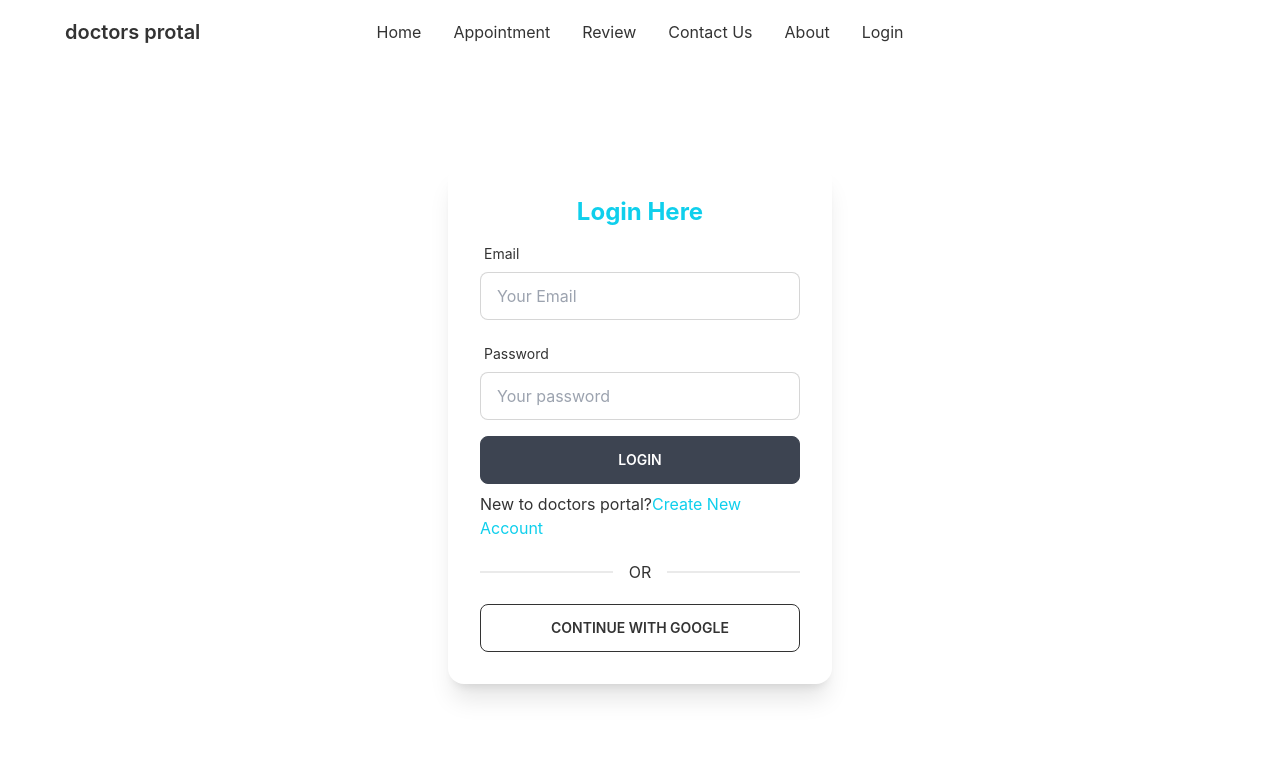
Repository: mdrubel02/doctor-protal
Page: /appointment
The author's editor kept a copy of each file at every save. The page is drawn from the files as they stood at one save, then again after the next save.
The browser window is 1280 px wide. The pictures show the whole page.
The project was rebuilt for these pictures with package versions that can differ from the ones it lists, and the page was loaded fresh each time. Also part of the build but not shown: src/App.css, src/Pages/About/About.js, src/Pages/Shared/Footer/Footer.js, src/Pages/Appointment/AppointmentBanner.js, src/Pages/Appointment/BookingModal.js, src/Pages/Appointment/Service.js, src/Pages/Appointment/AvailableAppointment.js, src/Pages/Appointment/Appointment.js and 6 more. Imported but missing from the stored project, and not drawn on this page: src/Pages/Contact/Contact.

Above is the page before, as saved 2022-05-16 13:46:07.

### src/index.js
import React from 'react';
import ReactDOM from 'react-dom/client';
import './index.css';
import App from './App';
import reportWebVitals from './reportWebVitals';
import { BrowserRouter } from 'react-router-dom';
import {
  QueryClient,
  QueryClientProvider,
} from 'react-query'


const queryClient = new QueryClient()

const root = ReactDOM.createRoot(document.getElementById('root'));
root.render(
  <React.StrictMode>
    <QueryClientProvider client={queryClient}>
      <BrowserRouter>
        <App />
      </BrowserRouter>
    </QueryClientProvider>
  </React.StrictMode>
);

// If you want to start measuring performance in your app, pass a function
// to log results (for example: reportWebVitals(console.log))
// or send to an analytics endpoint. Learn more: https://bit.ly/CRA-vitals
reportWebVitals();

### src/App.js

import { Route, Routes } from 'react-router-dom';
import './App.css';
import About from './Pages/About/About';
import Appointment from './Pages/Appointment/Appointment';
import Contact from './Pages/Contact/Contact';
import Home from './Pages/Home/Home';
import Login from './Pages/Login/Login';
import SignUp from './Pages/Login/SignUp';
import Review from './Pages/Review/Review';
import Navbar from './Pages/Shared/Navbar';
import RequireAuth from './Pages/Shared/RequireAuth/RequireAuth';
import { ToastContainer } from 'react-toastify';
import 'react-toastify/dist/ReactToastify.css';
import Dashboard from './Pages/Dashboard/Dashboard';
import MyAppointments from './Pages/Dashboard/MyAppointments';
import MyReview from './Pages/Dashboard/MyReview';

function App() {
  return (
    <div className='max-w-1xl mx-auto px-10 ' >
      <Navbar></Navbar>
      <Routes>
        <Route path='/' element={<Home />} />
        <Route path='/about' element={<About />} />
        <Route path='/appointment' element={
          <RequireAuth>
            <Appointment />
          </RequireAuth>
        } />
        <Route path='/dashboard' element={
          <RequireAuth>
            <Dashboard />
          </RequireAuth>
        } >
          <Route index element={<MyAppointments></MyAppointments>}></Route>
          <Route path='review' element={<MyReview></MyReview>}></Route>
        </Route>
        <Route path='/review' element={<Review />} />
        <Route path='/contact' element={<Contact />} />
        <Route path='/login' element={<Login />} />
        <Route path='/signup' element={<SignUp />} />

      </Routes>
      <ToastContainer />
    </div>
  );
}

export default App;

### src/Pages/Login/Login.js
import React, { useEffect } from 'react';
import { useSignInWithEmailAndPassword, useSignInWithGoogle } from 'react-firebase-hooks/auth';
import { auth } from '../../firebase.init'
import { useForm } from "react-hook-form";
import Loading from '../Shared/Loading';
import { Link, useLocation, useNavigate } from 'react-router-dom';

const Login = () => {
    const [signInWithGoogle, gUser, gLoading, gError] = useSignInWithGoogle(auth);
    const { register, formState: { errors }, handleSubmit } = useForm();
    const [
        signInWithEmailAndPassword,
        user,
        loading,
        error,
    ] = useSignInWithEmailAndPassword(auth);
    const navigate = useNavigate();
    const location = useLocation();
    let from = location.state?.from?.pathname || "/";

    useEffect(()=>{
        if (user || gUser) {
            navigate(from, { replace: true });
        }
    },[user, gUser, from ,navigate])

    let signInError;

    if (loading || gLoading) {
        return <Loading></Loading>
    }
    if ( error || gError) {
        signInError = <p className='text-red-500'>{error?.message || gError?.message}</p>
    }

    const onSubmit = data => {
        console.log(data)

        signInWithEmailAndPassword(data.email, data.password)
    };


    return (
        <div className='flex justify-center items-center min-h-screen'>
            <div className="card w-96 bg-base-100 shadow-xl">
                <div className="card-body">
                    <h2 className="text-center text-2xl font-bold text-primary">Login Here</h2>
                    <form onSubmit={handleSubmit(onSubmit)}>

                        <div className="form-control w-full max-w-xs">
                            <label className="label">
                                <span className="label-text">Email</span>

                            </label>
                            <input type="email"
                                placeholder="Your Email"
                                className="input input-bordered w-full max-w-xs"
                                {...register("email", {
                                    required: {
                                        value: true,
                                        message: 'Email is Required'
                                    },
                                    pattern: {
                                        value: /^\w+@[a-zA-Z_]+?\.[a-zA-Z]{2,3}$/,
                                        message: 'Provide a valid email'
                                    }
                                })}
                            />
                            <label className="label">
                                {errors.email?.type === 'required' && <span className="label-text-alt text-red-500">{errors.email.message}</span>}
                                {errors.email?.type === 'pattern' && <span className="label-text-alt text-red-500">{errors.email.message}</span>}

                            </label>
                        </div>
                        <div className="form-control w-full max-w-xs">
                            <label className="label">
                                <span className="label-text">Password</span>

                            </label>
                            <input type="password"
                                placeholder="Your password"
                                className="input input-bordered w-full max-w-xs"
                                {...register("password", {
                                    required: {
                                        value: true,
                                        message: 'Password is Required'
                                    },
                                    minLength: {
                                        value: 6,
                                        message: 'Must be 6 characters or longer password'
                                    }
                                })}
                            />
                            <label className="label">
                                {errors.password?.type === 'required' && <span className="label-text-alt text-red-500">{errors.password.message}</span>}
                                {errors.password?.type === 'minLength' && <span className="label-text-alt text-red-500">{errors.password.message}</span>}

                            </label>
                        </div>


                        {signInError}
                        <input className='btn w-full max-w-xs text-white' type="submit" value='Login' />
                    </form>
                    <p>New to doctors portal?<Link to='/signup' className='text-primary'>Create New Account</Link></p>
                    <div className="divider">OR</div>
                    <button onClick={() => signInWithGoogle()} className="btn btn-outline">Continue With Google</button>

                </div>
            </div>
        </div>
    );
};

export default Login;

### src/Pages/Shared/Navbar.js
import { signOut } from 'firebase/auth';
import React from 'react';
import { useAuthState } from 'react-firebase-hooks/auth';
import { Link } from 'react-router-dom';
import { auth } from '../../firebase.init';
import Loading from './Loading';

const Navbar = () => {
    const [user, loading] = useAuthState(auth);

    const logout = () => {
        signOut(auth);
    };

    if (loading) {
        return <Loading></Loading>
    }


    const menuItems = <>
        <li><Link to='/'>Home</Link></li>
        <li><Link to='/appointment'>Appointment</Link></li>
        <li><Link to='/review'>Review</Link></li>
        <li><Link to='/contact'>Contact Us</Link></li>
        <li><Link to='/about'>About</Link></li>
        {
            user && <li><Link to='/dashboard'>Dashboard</Link></li>
        }
        <li>{user ? <button onClick={logout} className="btn btn-ghost">Sign Out</button> : <Link to='login'>Login</Link>}</li>
    </>
    return (
        <div className="navbar bg-base-100">
            <div className="navbar-start">
                <div className="dropdown">
                    <label tabIndex="0" className="btn btn-ghost lg:hidden">
                        <svg xmlns="http://www.w3.org/2000/svg" className="h-5 w-5" fill="none" viewBox="0 0 24 24" stroke="currentColor"><path stroke-linecap="round" stroke-linejoin="round" stroke-width="2" d="M4 6h16M4 12h8m-8 6h16" /></svg>
                    </label>
                    <ul tabIndex="0" className="menu menu-compact dropdown-content mt-3 p-2 shadow bg-base-100 rounded-box w-52">
                        {menuItems}
                    </ul>
                </div>
                <Link to='/' className="btn btn-ghost normal-case text-xl">doctors protal</Link>
            </div>
            <div className="navbar-center hidden lg:flex">
                <ul className="menu menu-horizontal p-0">
                    {menuItems}
                </ul>
            </div>
            <div className="navbar-end">
            <label tabIndex="1" for="dashboard-sidebar" className="btn btn-ghost lg:hidden">
                        <svg xmlns="http://www.w3.org/2000/svg" className="h-5 w-5" fill="none" viewBox="0 0 24 24" stroke="currentColor"><path stroke-linecap="round" stroke-linejoin="round" stroke-width="2" d="M4 6h16M4 12h8m-8 6h16" /></svg>
                    </label>

            </div>

        </div>
    );
};

export default Navbar;

### src/Pages/Shared/RequireAuth/RequireAuth.js
import React from 'react';
import { useAuthState } from 'react-firebase-hooks/auth';
import { Navigate, useLocation } from 'react-router-dom';
import { auth } from '../../../firebase.init';
import Loading from '../Loading';

const RequireAuth = ({children}) => {
    const [user,loading] = useAuthState(auth)
    const location = useLocation();
    if(loading){
        return <Loading></Loading>
    }
    if(!user){
        return <Navigate to="/login" state={{from:location}} replace></Navigate>
    }
    return children;
};

export default RequireAuth;

### src/firebase.init.js
// Import the functions you need from the SDKs you need
import { initializeApp } from "firebase/app";
import { getAuth} from "firebase/auth"
// TODO: Add SDKs for Firebase products that you want to use
// https://firebase.google.com/docs/web/setup#available-libraries

// Your web app's Firebase configuration
const firebaseConfig = {
  apiKey:process.env.REACT_APP_API_KEY,
  authDomain:process.env.REACT_APP_AUTH_DOMAIN,
  projectId:process.env.REACT_APP_PROJECT_ID,
  storageBucket:process.env.REACT_APP_STORAGE_BUCKET,
  messagingSenderId:process.env.REACT_APP_MESSAGING_SENDER_ID,
  appId: process.env.REACT_APP_APP_ID
};

// Initialize Firebase
const firebaseApp =initializeApp(firebaseConfig)

export const auth = getAuth(firebaseApp)
export default firebaseApp

### src/Pages/Shared/Loading.js
import React from 'react';

const Loading = () => {
    return (
        <div className="flex items-center justify-center h-screen">
            <div className="spinner-border animate-spin inline-block w-16 h-16 border-4  rounded-full" role="status">
                <span className="visually-hidden"></span>
            </div>
        </div>
    );
};

export default Loading;

### tailwind.config.js
module.exports = {
  content: ["./src/**/*.{html,js}"],
  daisyui: {
    themes: [
      {
        mytheme: {
          primary: "#0FCFEC",
          secondary: "#19D3AE",
          accent: "#3A4256",
          neutral: "#3d4451",
          "base-100": "#ffffff",
        },
      },
      "dark",
      "cupcake",
    ],
  },
  plugins: [require("daisyui")],
}

Loaded but not shown: public/index.html (common file); src/index.css (common file); src/reportWebVitals.js (common file)

After the next save:
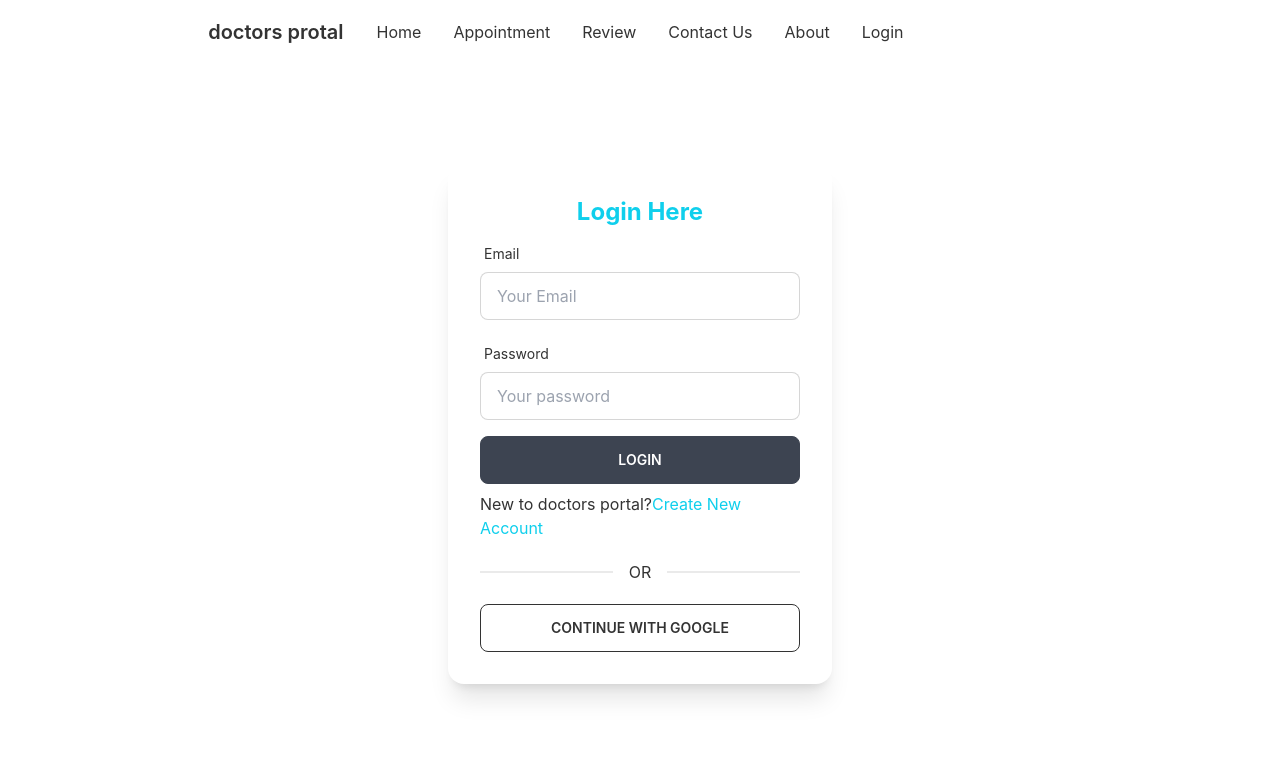
Saved 53 s later.
--- a/src/Pages/Shared/Navbar.js
+++ b/src/Pages/Shared/Navbar.js
@@ -30,7 +30,7 @@
     </>
     return (
         <div className="navbar bg-base-100">
-            <div className="navbar-start">
+            <div className="navbar-end">
                 <div className="dropdown">
                     <label tabIndex="0" className="btn btn-ghost lg:hidden">
                         <svg xmlns="http://www.w3.org/2000/svg" className="h-5 w-5" fill="none" viewBox="0 0 24 24" stroke="currentColor"><path stroke-linecap="round" stroke-linejoin="round" stroke-width="2" d="M4 6h16M4 12h8m-8 6h16" /></svg>

After the save that followed:
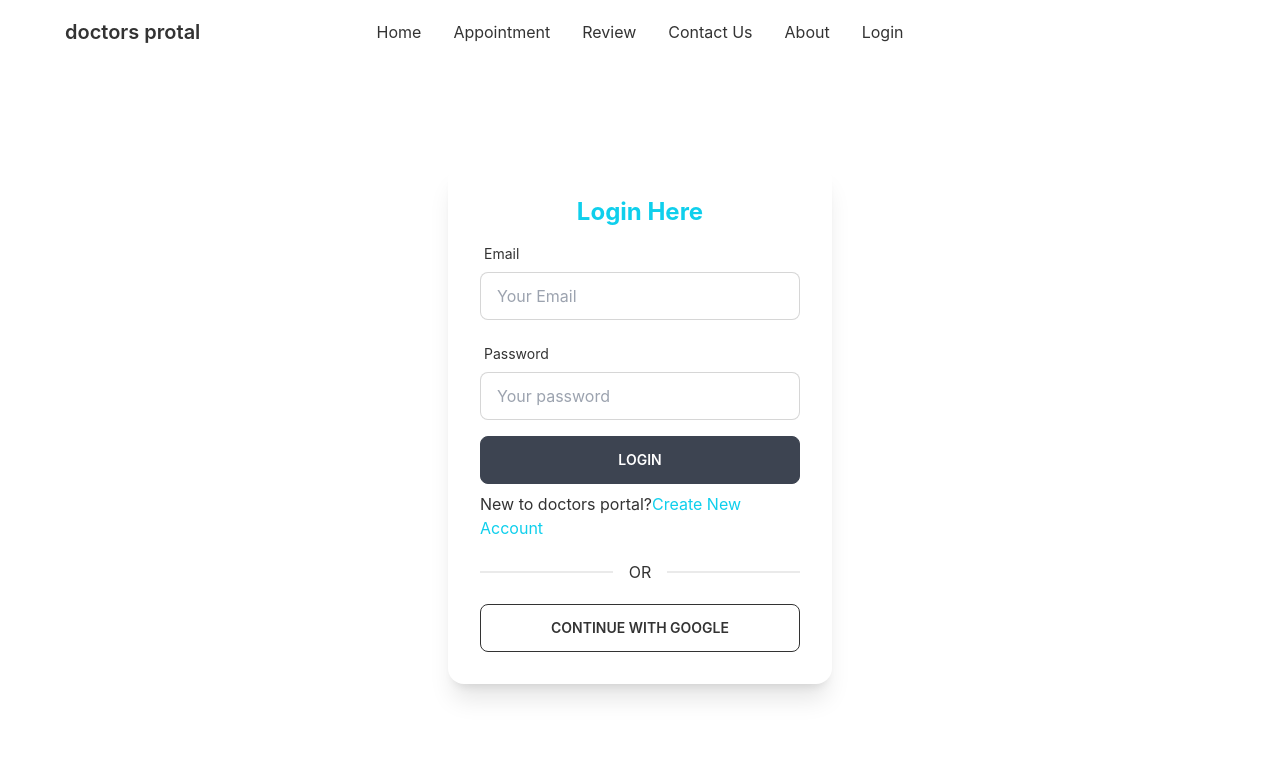
Saved 43 s later.
--- a/src/Pages/Shared/Navbar.js
+++ b/src/Pages/Shared/Navbar.js
@@ -30,7 +30,7 @@
     </>
     return (
         <div className="navbar bg-base-100">
-            <div className="navbar-end">
+            <div className="navbar-start">
                 <div className="dropdown">
                     <label tabIndex="0" className="btn btn-ghost lg:hidden">
                         <svg xmlns="http://www.w3.org/2000/svg" className="h-5 w-5" fill="none" viewBox="0 0 24 24" stroke="currentColor"><path stroke-linecap="round" stroke-linejoin="round" stroke-width="2" d="M4 6h16M4 12h8m-8 6h16" /></svg>
